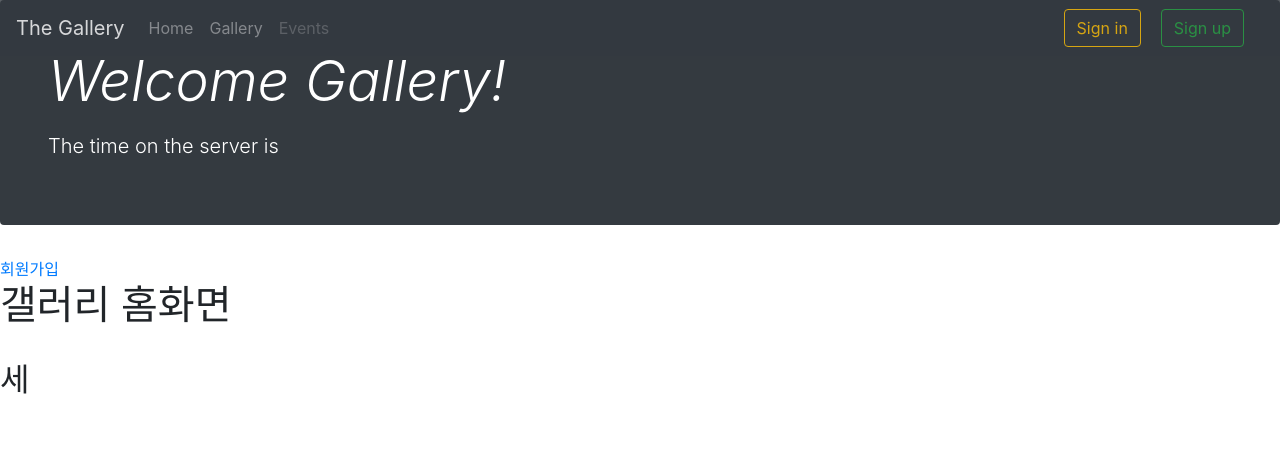
Repository: caramelsyrup/SpringProject1
Page: http://localhost/gallery/WEB-INF/views/gallery/index.jsp
These files come from the project's save history. The page is drawn as it stood at one moment and after the next save; the edit follows.
The browser window is 1280 px wide. The pictures show the whole page.
The page is served by Tomcat 9. Nobody is signed in. Other server files are loaded and not shown. The template is opened directly, without the code that normally fills it, so the values that code supplies are empty.

Above is the page before, as saved 2020-11-17 06:18:31.

### gallery/src/main/webapp/WEB-INF/views/gallery/index.jsp
<%@ page contentType="text/html; charset=utf-8" pageEncoding="utf-8" language="java" %>
<%@ include file="/resources/includes/header.jsp" %>
<html>
<head>
	<title>GalleryIndex</title>
</head>
<div class="jumbotron p-4 p-md-5 text-white rounded bg-dark">
    <div class="col-md-6 px-0">
      <h1 class="display-4 font-italic">Welcome Gallery!</h1>
      <p class="lead my-3">The time on the server is ${serverTime}</p>
      <p class="lead mb-0"><a href="#" class="text-white font-weight-bold">	</a></p>
    </div>
  </div>
<a href="/member/createMember">회원가입</a>
<h1>갤러리 홈화면</h1>
<h2>${member.username}</h2>
<h2>${member.membername}</h2>
<h2>${member.address}</h2>
<h2>${member.age}세</h2>
<h2>${member.email}</h2>
<h2>${member.auth}</h2>
</body>
</html>

### gallery/src/main/webapp/resources/includes/header.jsp
<%@ taglib prefix="c" uri="http://java.sun.com/jsp/jstl/core" %>
<!DOCTYPE html>
<html>
<head>
<meta charset="UTF-8">
    <meta charset="utf-8">
    <meta name="viewport" content="width=device-width, initial-scale=1, shrink-to-fit=no">
    <meta name="description" content="">
    <meta name="author" content="Mark Otto, Jacob Thornton, and Bootstrap contributors">
    <meta name="generator" content="Jekyll v4.1.1">
<script src="https://code.jquery.com/jquery-3.5.1.js" integrity="sha256-QWo7LDvxbWT2tbbQ97B53yJnYU3WhH/C8ycbRAkjPDc=" crossorigin="anonymous"></script>
<!-- Latest compiled and minified CSS -->
<link rel="stylesheet" href="https://stackpath.bootstrapcdn.com/bootstrap/4.5.2/css/bootstrap.min.css">
<!-- Latest compiled JavaScript -->
<script src="https://stackpath.bootstrapcdn.com/bootstrap/4.5.2/js/bootstrap.min.js"></script>
</head>
<!-- 최상단 -->
<body class="d-flex flex-column h-100">
    <header>
  <!-- Fixed navbar -->
  <nav class="navbar navbar-expand-md navbar-dark fixed-top bg-dark" style="opacity: 0.8;">
    <a class="navbar-brand" href="/">The Gallery</a>
    <button class="navbar-toggler" type="button" data-toggle="collapse" data-target="#navbarCollapse" aria-controls="navbarCollapse" aria-expanded="false" aria-label="Toggle navigation">
      <span class="navbar-toggler-icon"></span>
    </button>
    <div class="collapse navbar-collapse" id="navbarCollapse">
      <ul class="navbar-nav mr-auto">
        <li class="nav-item">
          <a class="nav-link" href="/">Home <!-- <span class="sr-only">(current)</span> --> </a>
        </li>
        <li class="nav-item">
          <a class="nav-link" href="/gallery/list">Gallery</a>
        </li>
        <c:choose>
	        <c:when test="${member.auth==0||member.auth==1}">
	        	<li class="nav-item">
		          <a class="nav-link" href="/events/elist">Events</a>
		        </li>
	        </c:when>
			<c:otherwise>
				<li class="nav-item">
		          <a class="nav-link disabled" href="/events/elist"  aria-disabled="true">Events</a>
		        </li>
			</c:otherwise>
        </c:choose>

	    <c:if test="${member.auth==0}">
	     <li class="nav-item">
	      <a class="nav-link" href="/member/memberInfo/${member.username}">Info</a>
	     </li>
	    </c:if>
	    <c:if test="${member.auth==1}">
	     <li class="nav-item">
	      <a class="nav-link" href="/member/allmember">All Member</a>
	     </li>
	     <li class="nav-item">
	      <a class="nav-link disabled" href="/member/allReser"  aria-disabled="true">All Reservation</a>
	     </li>
	    </c:if>

      </ul>
       <c:choose>
       	<c:when test="${empty member.username}">
       		<a class="btn btn-outline-warning my-2 my-sm-0" href="/member/createMember" style="margin-right: 20px">Sign in</a>
      		<a class="btn btn-outline-success my-2 my-sm-0" href="/customLogin" style="margin-right: 20px">Sign up</a>
      	</c:when>
      	<c:otherwise>
        	<a class="btn btn-outline-success my-2 my-sm-0" href="/customLogout">Logout</a>
        </c:otherwise>
       </c:choose>
    </div>
  </nav>
</header>

After the next save:
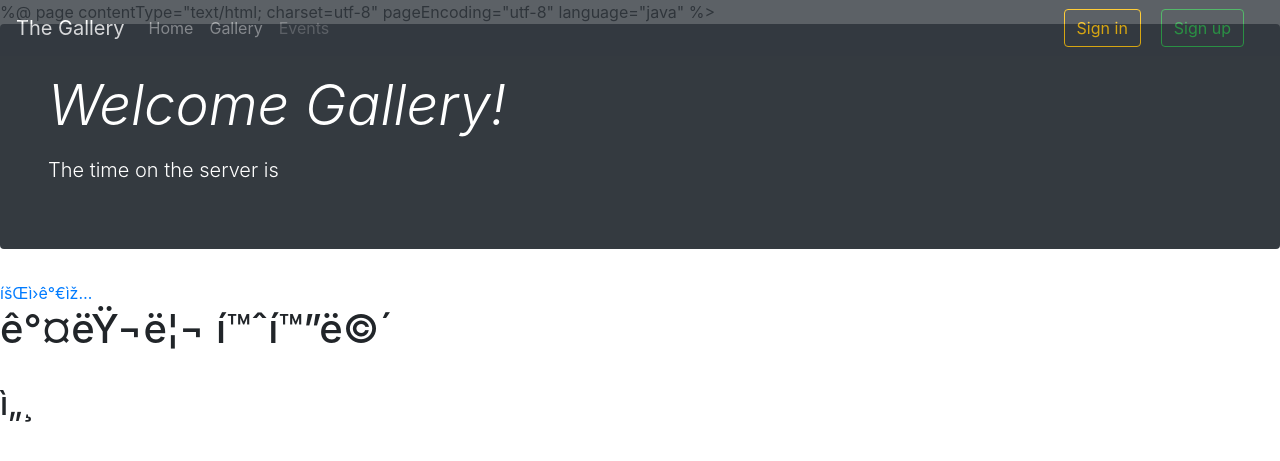
Saved 54 s later.
--- a/gallery/src/main/webapp/WEB-INF/views/gallery/index.jsp
+++ b/gallery/src/main/webapp/WEB-INF/views/gallery/index.jsp
@@ -1,4 +1,4 @@
-<%@ page contentType="text/html; charset=utf-8" pageEncoding="utf-8" language="java" %>
+%@ page contentType="text/html; charset=utf-8" pageEncoding="utf-8" language="java" %>
 <%@ include file="/resources/includes/header.jsp" %>
 <html>
 <head>
